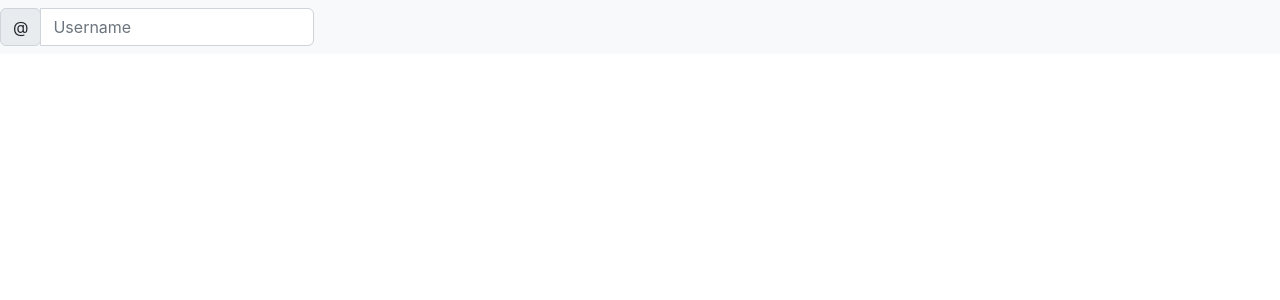
Repository: Sakshamccna/React
Page: /
The author's editor kept a copy of each file at every save. The page is drawn from the files as they stood at one save, then again after the next save.
The browser window is 1280 px wide. The pictures show the whole page.
The project was rebuilt for these pictures with package versions that can differ from the ones it lists, and the page was loaded fresh each time.

Above is the page before, as saved 2022-12-26 09:47:41.

### public/index.html
<!DOCTYPE html>
<html lang="en">

<head>
  <meta charset="utf-8" />
  <link rel="icon" href="%PUBLIC_URL%/favicon.ico" />
  <meta name="viewport" content="width=device-width, initial-scale=1" />
  <meta name="theme-color" content="#000000" />
  <meta name="description" content="Web site created using create-react-app" />
  <link rel="apple-touch-icon" href="%PUBLIC_URL%/logo192.png" />
  <!--
      manifest.json provides metadata used when your web app is installed on a
      user's mobile device or desktop. See https://developers.google.com/web/fundamentals/web-app-manifest/
    -->
  <link rel="manifest" href="%PUBLIC_URL%/manifest.json" />
  <link href="https://cdn.jsdelivr.net/npm/bootstrap@5.2.3/dist/css/bootstrap.min.css" rel="stylesheet"
    integrity="sha384-rbsA2VBKQhggwzxH7pPCaAqO46MgnOM80zW1RWuH61DGLwZJEdK2Kadq2F9CUG65" crossorigin="anonymous">
  <!--
      Notice the use of %PUBLIC_URL% in the tags above.
      It will be replaced with the URL of the `public` folder during the build.
      Only files inside the `public` folder can be referenced from the HTML.

      Unlike "/favicon.ico" or "favicon.ico", "%PUBLIC_URL%/favicon.ico" will
      work correctly both with client-side routing and a non-root public URL.
      Learn how to configure a non-root public URL by running `npm run build`.
    -->
  <title>React App</title>
</head>

<body>
  <noscript>You need to enable JavaScript to run this app.</noscript>
  <div id="root"></div>
  <!--
      This HTML file is a template.
      If you open it directly in the browser, you will see an empty page.

      You can add webfonts, meta tags, or analytics to this file.
      The build step will place the bundled scripts into the <body> tag.

      To begin the development, run `npm start` or `yarn start`.
      To create a production bundle, use `npm run build` or `yarn build`.
    -->
</body>
<script src="https://cdn.jsdelivr.net/npm/bootstrap@5.2.3/dist/js/bootstrap.bundle.min.js"
  integrity="sha384-kenU1KFdBIe4zVF0s0G1M5b4hcpxyD9F7jL+jjXkk+Q2h455rYXK/7HAuoJl+0I4" crossorigin="anonymous"></script>

</html>

### src/App.tsx
import React from 'react';
import logo from './logo.svg';
import './App.css';
import { BrowserRouter, Routes, Route } from 'react-router-dom';
import Headers from './Components/Headers';


function App() {
  return (
    <div className="App">
      <BrowserRouter>

        <Headers />

      </BrowserRouter>



    </div >
  );
}

export default App;

### src/Components/Headers.tsx
import React from 'react'

function Headers() {
    return (
        <>
            <nav className="navbar navbar-light bg-light">
                <form className="form-inline">
                    <div className="input-group">
                        <div className="input-group-prepend">
                            <span className="input-group-text" id="basic-addon1">@</span>
                        </div>
                        <input type="text" className="form-control" placeholder="Username" aria-label="Username" aria-describedby="basic-addon1" />
                    </div>
                </form>
            </nav>
        </>
    )
}

export default Headers

Loaded but not shown: src/index.tsx (common file); src/index.css (common file); src/reportWebVitals.ts (common file); src/App.css (common file)

After the next save:
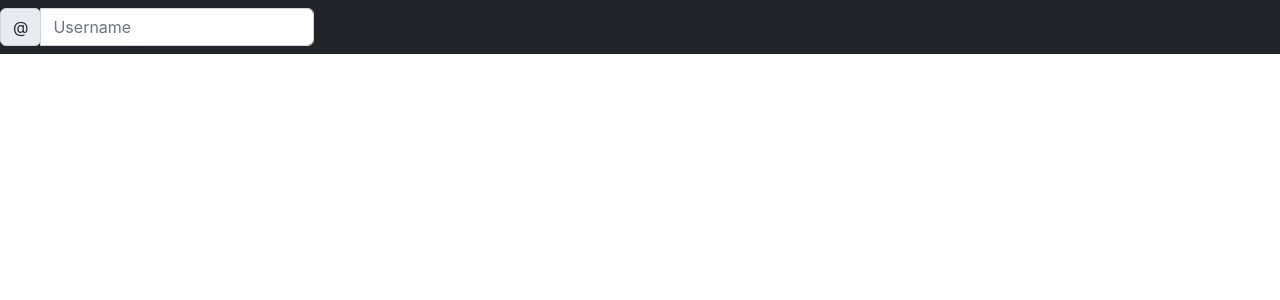
Saved 27 s later.
--- a/src/Components/Headers.tsx
+++ b/src/Components/Headers.tsx
@@ -3,7 +3,7 @@ import React from 'react'
 function Headers() {
     return (
         <>
-            <nav className="navbar navbar-light bg-light">
+            <nav className="navbar navbar-light bg-dark">
                 <form className="form-inline">
                     <div className="input-group">
                         <div className="input-group-prepend">
